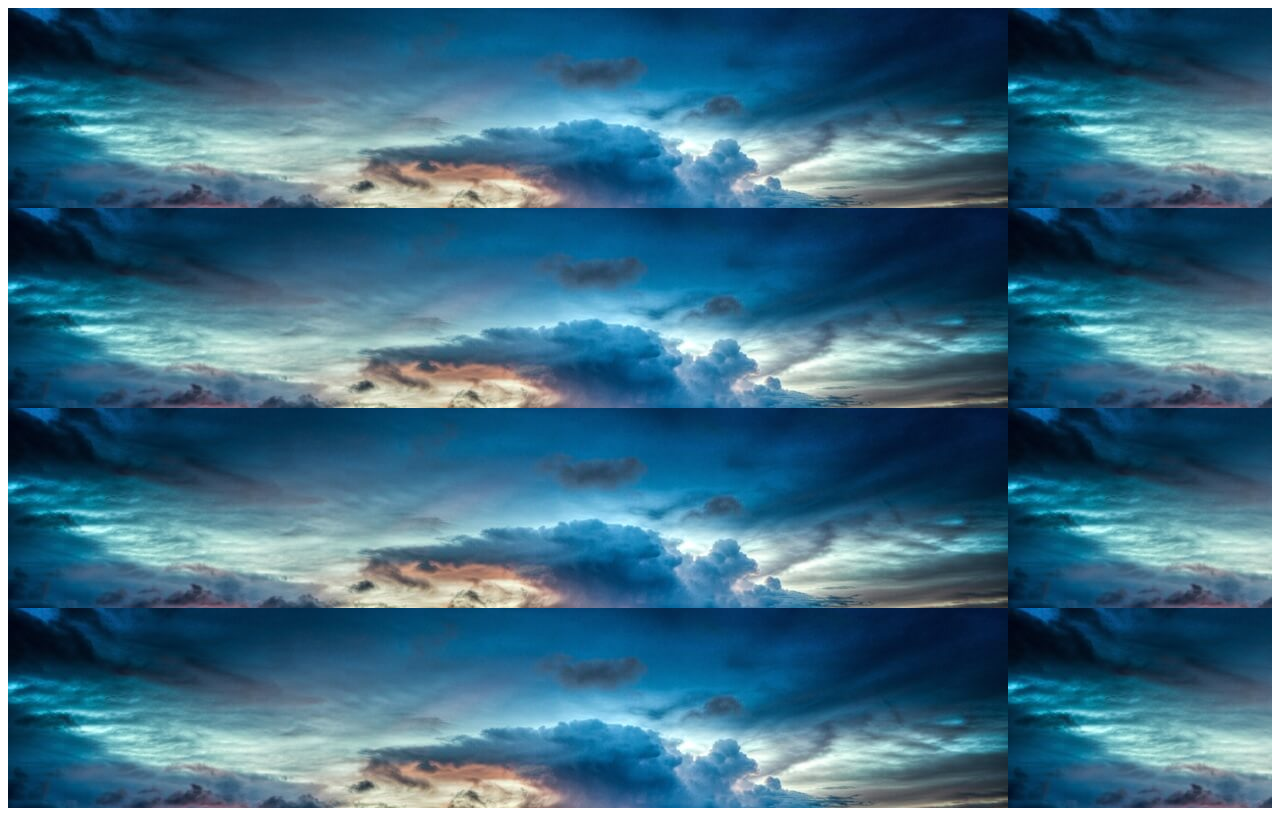
Repository: Yuki-Kawagoe/chapter4
Page: chapter6/index.html
The author's editor kept a record of every edit. The page is drawn from the files as they stood at one moment, then again after the next edit.
The browser window is 1280 px wide. The pictures show the whole page.

Above is the page before.

After the next edit:
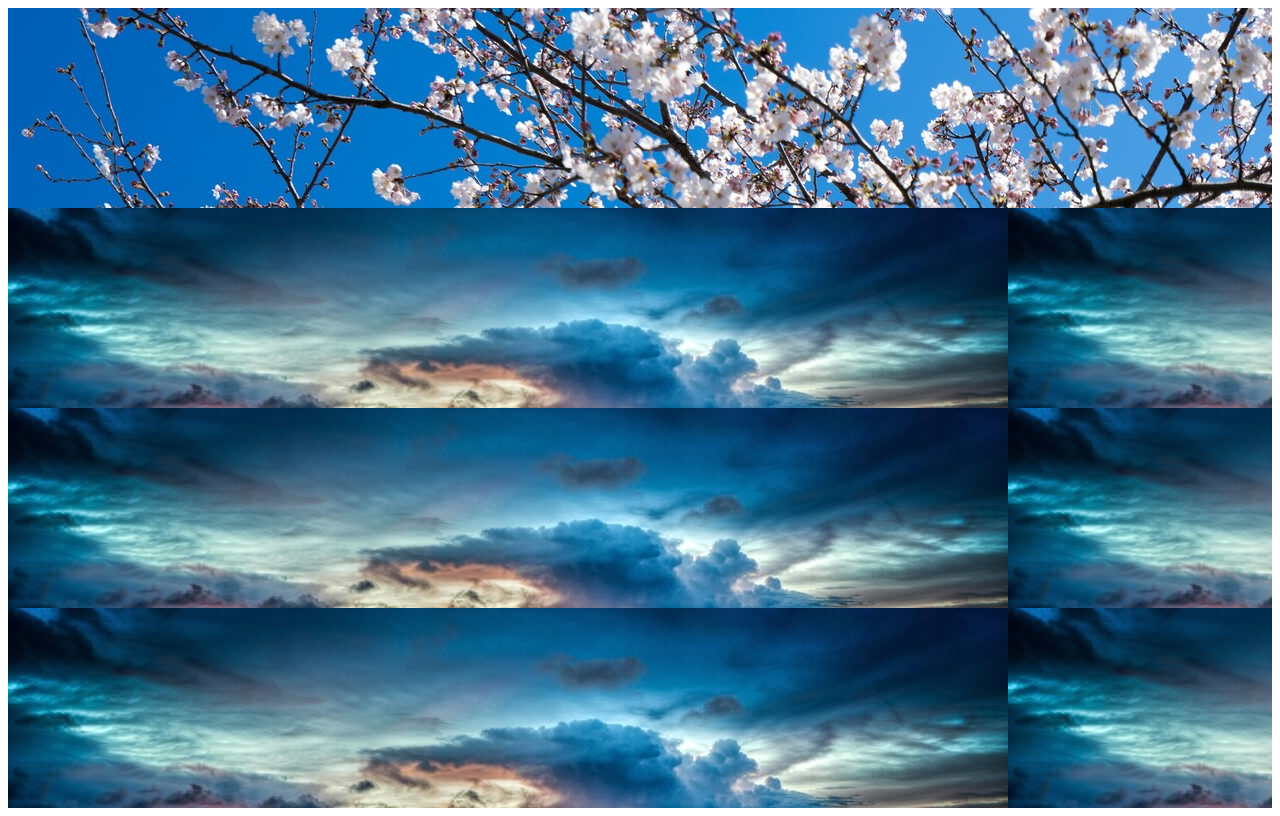
The edit:
--- a/chapter6/style.css
+++ b/chapter6/style.css
@@ -6,7 +6,7 @@
 .main-visual1 {
   width: 100%;
   height:200px;
-  background-image: url(img/mv.jpg)
+  background-image: url(img/box1.jpg)
 }
 
 .main-visual2 {
